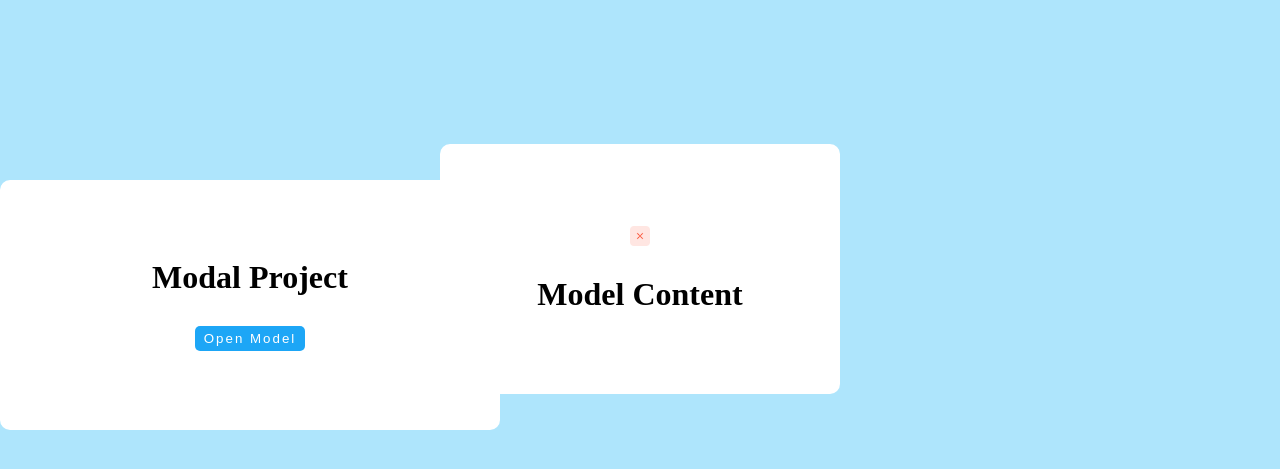
Repository: Trapti10/20-js-practice-projects-in-7-days-challenge
Page: Project_4_Modal_Project/index.html
An editor plug-in stored every save of this project. The page is shown before and after the next save, followed by the edit.
The browser window is 1280 px wide. The pictures show the whole page.

Above is the page before, as saved 2025-11-24 11:03:37.

### Project_4_Modal_Project/index.html
<!DOCTYPE html>
<html lang="en">
<head>
    <meta charset="UTF-8">
    <meta name="viewport" content="width=device-width, initial-scale=1.0">
    <title>Modal Project</title>
    <link rel="stylesheet" href="style.css">
</head>
<body>
    <div class="hero">
     <div class="bg-img"  background-img>

    </div>
    <div class="card">
        <h1>Modal Project</h1>

        <button class="Open">
            Open Model
        </button>
       </div>
       </div>
       <div class="modal-overlay">
        <div class="madal-container">
            <img src="assests/close.png" alt="">
            <div class="modalContent">
                <h1>Model Content</h1>
            </div>
        </div>
       </div>
    <script src="script.js"></script>
</body>
</html>

### Project_4_Modal_Project/style.css
*{
    margin: 0;
    padding: 0;
}
.hero{
    place-items: center;
}
.bg-img{
    height: 100vh;
    background-position: center center;
    background-repeat: no-repeat;
    position: relative;
    background-size: max(2200px, 100vw);
    background-image: url("https://png.pngtree.com/thumb_back/fh260/background/20230714/pngtree-simplicity-in-blue-a-living-room-interior-design-with-decor-and-image_3888158.jpg");
    background-repeat: no-repeat;
    align-items: center;
    margin-top: 0;
    align-items: center;

}

.card{
    position: absolute;
    top: 25%;
    background: white;
    max-height: 250px;
    max-width: 500px;
    height: 100%;
    width: 100%;
    display: flex;
    justify-content: center;
    align-items:center ;
    flex-direction: column;
    border: none;
    border-radius: 10px;
    gap: 30px;
}

button{
    height: 25px;
    width: 110px;
    color: white;
    background: rgb(29, 166, 246);
    border: none;
    letter-spacing: 2px;
    border-radius: 5px;
    padding: 0 4px;
}

button:hover{
    background: transparent;
    color: black;
    border: 2px solid rgb(29, 166, 246);
}

.modal-overlay{
    background: rgba(159, 225, 252, 0.84);
    position: fixed;
    top: 0;
    left: 0;
    width: 100%;
    height: 100%;
    place-items:center;
    display: grid;
    transition: 400ms ease;
    visibility: visible;
    z-index: -10;
}

.madal-container{
   position: absolute;
    top: 20%;
    background: white;
    max-height: 250px;
    max-width: 400px;
    height: 100%;
    width: 100%;
    display: flex;
    justify-content: center;
    align-items:center ;
    flex-direction: column;
    border: none;
    border-radius: 10px;
    gap: 30px;
}

.madal-container img{
    height: 20px;
    right: 0;
}

Loaded but not shown: Project_4_Modal_Project/script.js (no stored copy; drawn as an empty file)

After the next save:
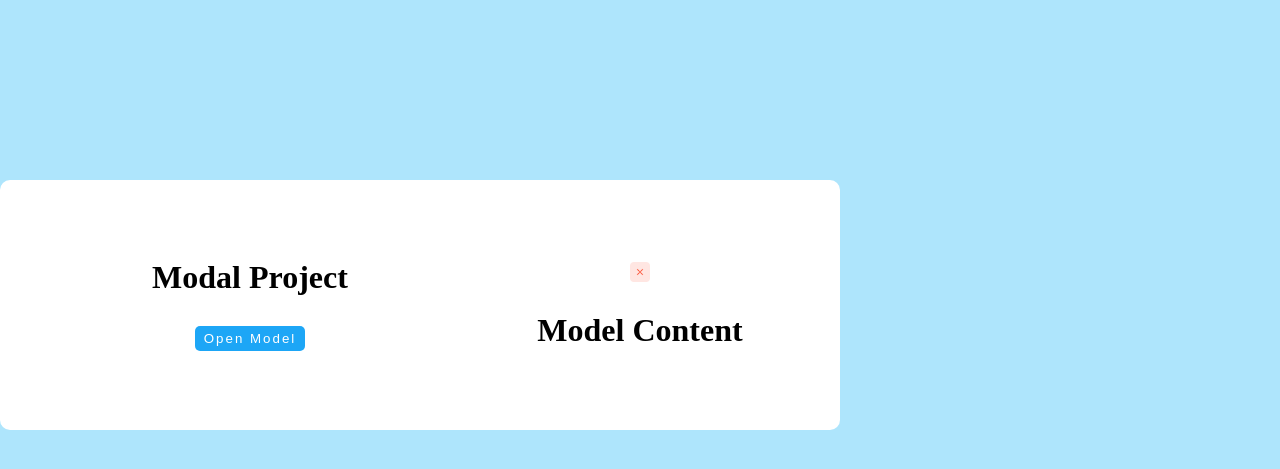
Saved 12 s later.
--- a/Project_4_Modal_Project/style.css
+++ b/Project_4_Modal_Project/style.css
@@ -69,7 +69,7 @@ button:hover{
 
 .madal-container{
    position: absolute;
-    top: 20%;
+    top: 25%;
     background: white;
     max-height: 250px;
     max-width: 400px;
